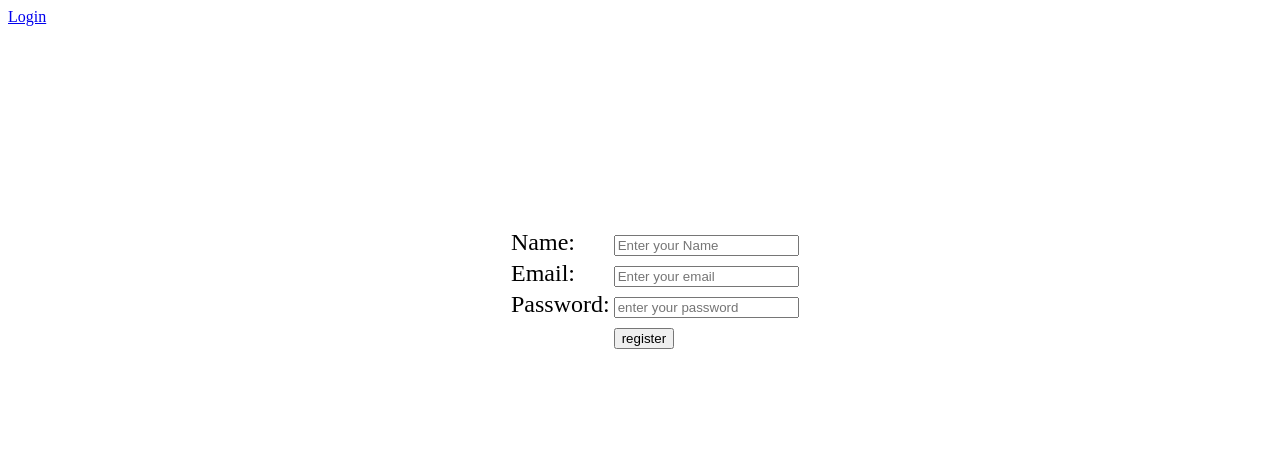
Repository: SagarPurumala/SagarPurumala_25_empwebapp
Page: empwebapp/src/main/webapp/addEmployee.html
An editor plug-in stored every save of this project. The page is shown before and after the next save, followed by the edit.
The browser window is 1280 px wide. The pictures show the whole page.

Above is the page before, as saved 2020-06-19 11:09:57.

### empwebapp/src/main/webapp/addEmployee.html
<!DOCTYPE html>
<html>
<head>
<meta charset="ISO-8859-1">
<title>Registration Form</title>
</head>
<body>
<a href ="./login.html">Login</a>
	<form action = "./register" method="post" style="margin-top: 200px;margin-left: 500px; ">
	<table style="font-size: 24px">

	<tr>
	<td>Name:</td>
	<td><input name="name" type ="text" placeholder="Enter your Name"></td>
	</tr>

	<tr>
	<td>Email:</td>
	<td><input name="email" type ="text" placeholder="Enter your email"></td>
	</tr>


	<tr>
	<td>Password:</td>
	<td><input name="password" type ="password" placeholder="enter your password"></td>
	</tr>

	<tr>
	<td></td>
	<td><input type="submit" value="register" ></td>
	</tr>
	</table></form>

</body>
</html>

After the next save:
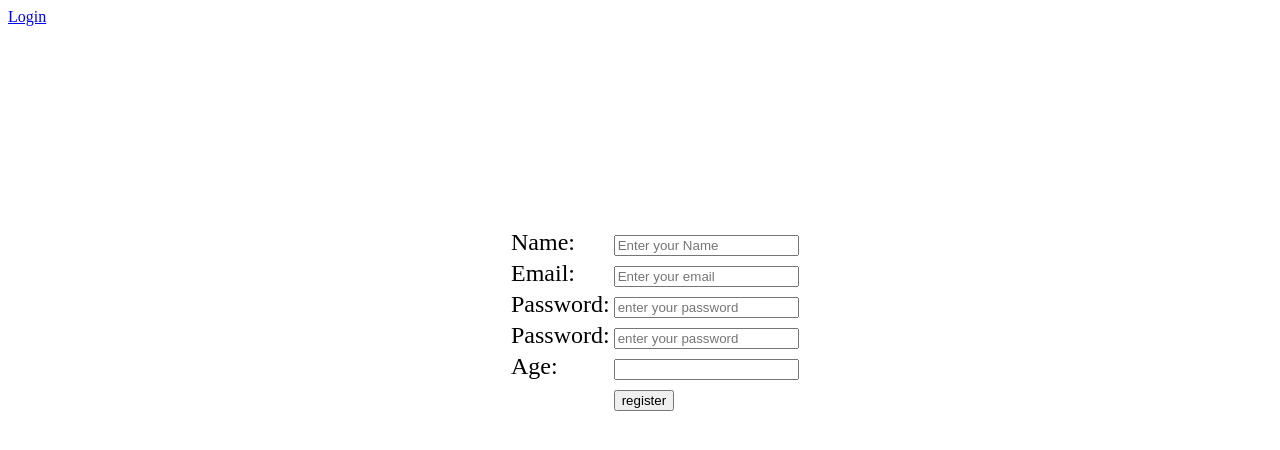
Saved 2 min 10 s later.
--- a/empwebapp/src/main/webapp/addEmployee.html
+++ b/empwebapp/src/main/webapp/addEmployee.html
@@ -24,6 +24,14 @@
 	<td>Password:</td>
 	<td><input name="password" type ="password" placeholder="enter your password"></td>
 	</tr>
+	<tr>
+	<td>Password:</td>
+	<td><input name="password" type ="password" placeholder="enter your password"></td>
+	</tr>
+	<tr>
+	<td>Age:</td>
+	<td><input name="age" type ="number" ></td>
+	</tr>
 
 	<tr>
 	<td></td>
